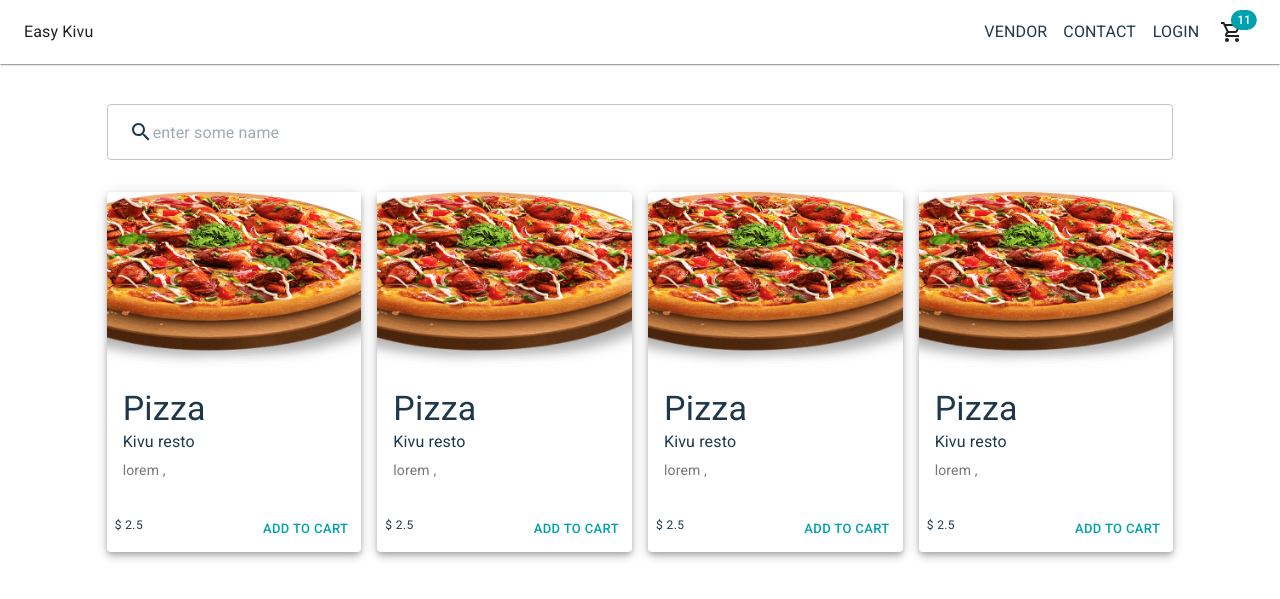
Repository: kilamaelie/jokes-dapp
Page: /
The author's editor kept a copy of each file at every save. The page is drawn from the files as they stood at one save, then again after the next save.
The browser window is 1280 px wide. The pictures show the whole page.
The project was rebuilt for these pictures with package versions that can differ from the ones it lists, and the page was loaded fresh each time. Also part of the build but not shown: src/ui/page/dashboard/dashboard.js.

Above is the page before, as saved 2021-06-28 02:18:12.

After the next save:
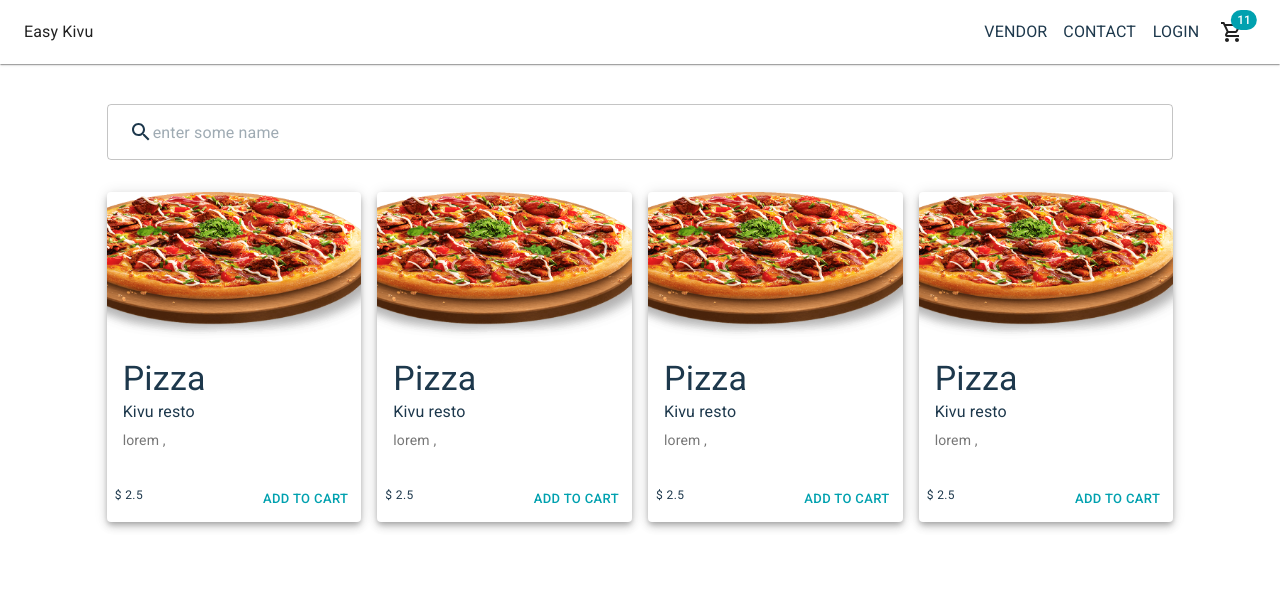
Saved 25 s later.
--- a/src/ui/page/website/screen/widget/card.js
+++ b/src/ui/page/website/screen/widget/card.js
@@ -14,7 +14,7 @@ const CardItem =()=>{
         <Card elevation={5} >
         {/* <CardActionArea> */}
           <CardMedia
-            style={{height:180}}
+            style={{height:150}}
             image={Pizza}
             // title={imagetitle}
           />
